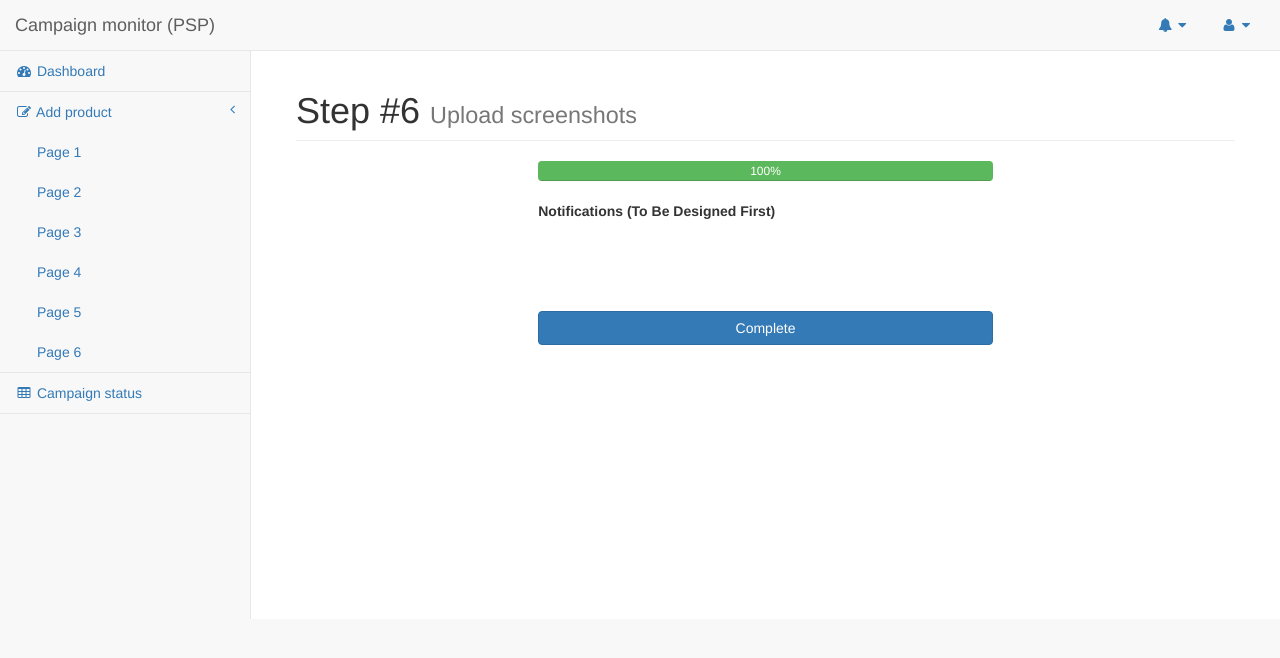
Repository: aneeshsingh/workspace
Page: http://localhost/analytics/Add_Product_Page_6.jsp
The author's editor kept a copy of each file at every save. The page is drawn from the files as they stood at one save, then again after the next save.
The browser window is 1280 px wide. The pictures show the whole page.
The page is served by Tomcat 9.

Above is the page before, as saved 2016-03-07 21:32:44.
Console error (its wording comes from the project's code and is left out).

After the next save:
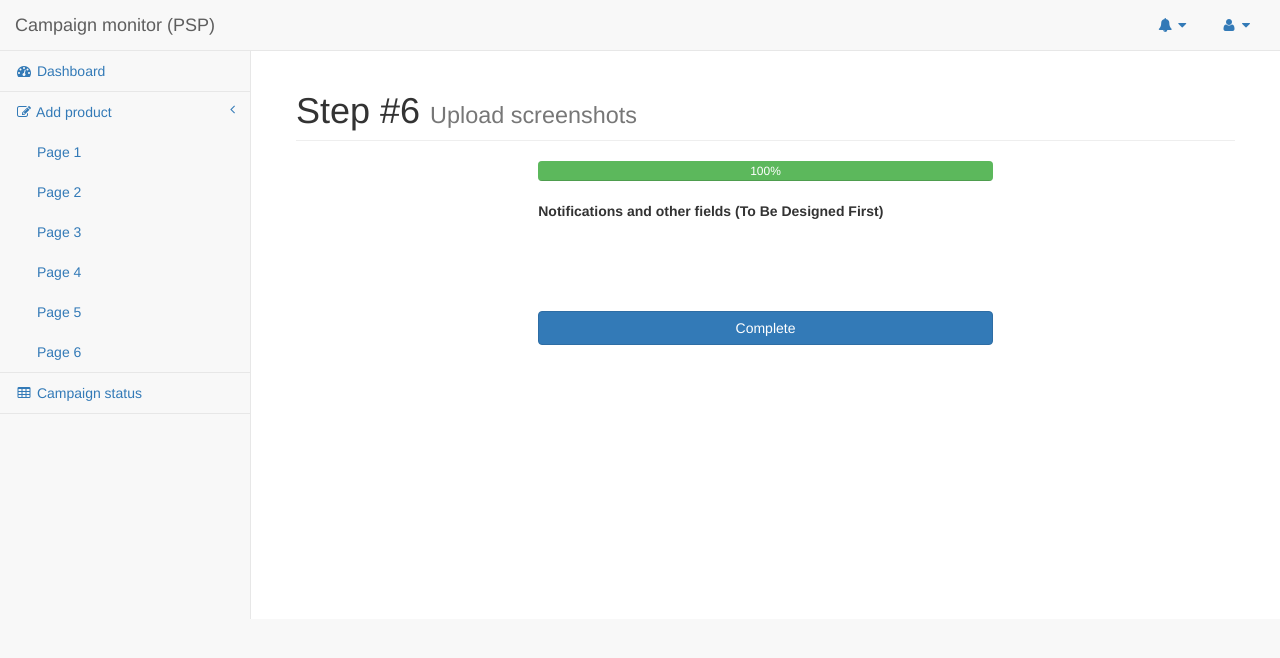
Saved 4 s later.
--- a/analytics/war/Add_Product_Page_6.jsp
+++ b/analytics/war/Add_Product_Page_6.jsp
@@ -137,7 +137,7 @@
 			<div class="col-md-push-3 col-md-6">
 				<form action="AddProductPageSixServlet" method="post">
 					<div class="form-group">
-						<label>Notifications (To Be Designed First)</label>
+						<label>Notifications and other fields (To Be Designed First)</label>
 							<!-- <input type="file" name="file_desktop" id="file_desktop" /> -->
 						</div>
 						<div class="form-group">
